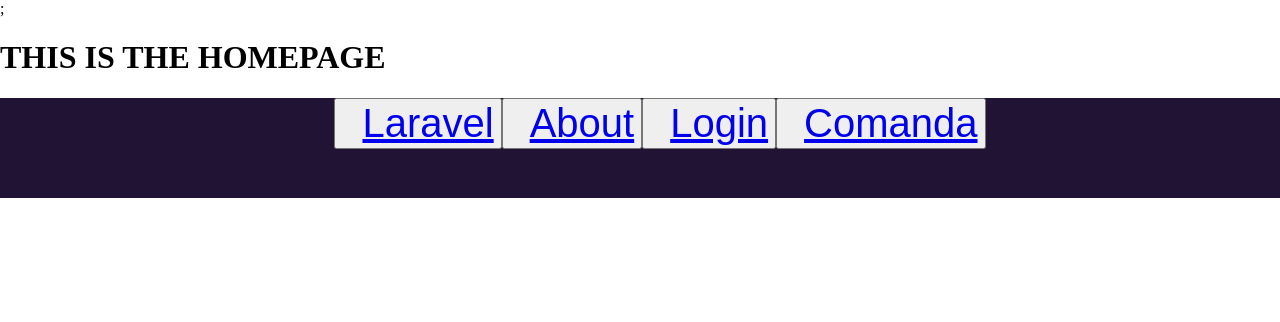
Repository: LauLupu/Progetto
Page: http://localhost/home
The author's editor kept a copy of each file at every save. The page is drawn from the files as they stood at one save, then again after the next save.
The browser window is 1280 px wide. The pictures show the whole page.
The page is served by the project's Laravel application, run on PHP 8.4 with Laravel 8.

Above is the page before, as saved 2021-08-23 15:59:22.

After the next save:
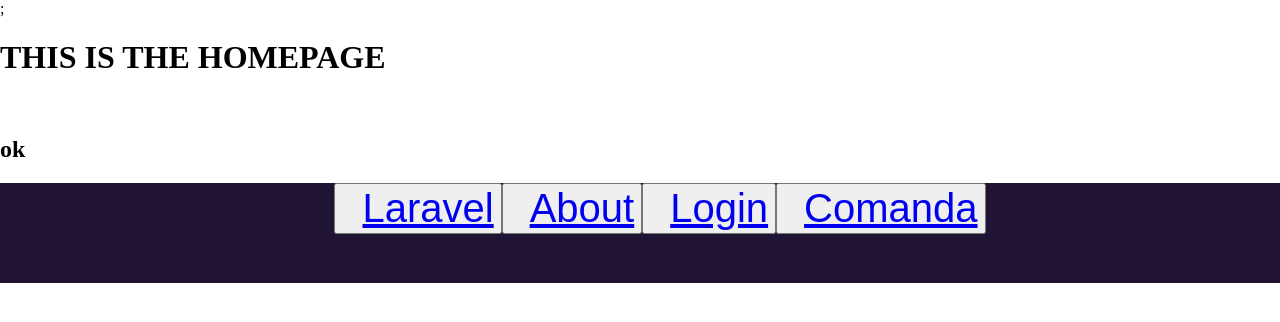
Saved 5 min 30 s later.
--- a/resources/views/home.blade.php
+++ b/resources/views/home.blade.php
@@ -8,6 +8,7 @@
     <title>Document</title>
 </head>
 <body>
-    <h1>THIS IS THE HOMEPAGE</h1>
+    <h1>THIS IS THE HOMEPAGE</h1><br>
+    <h2>ok</h2>
 </body>
 </html>
